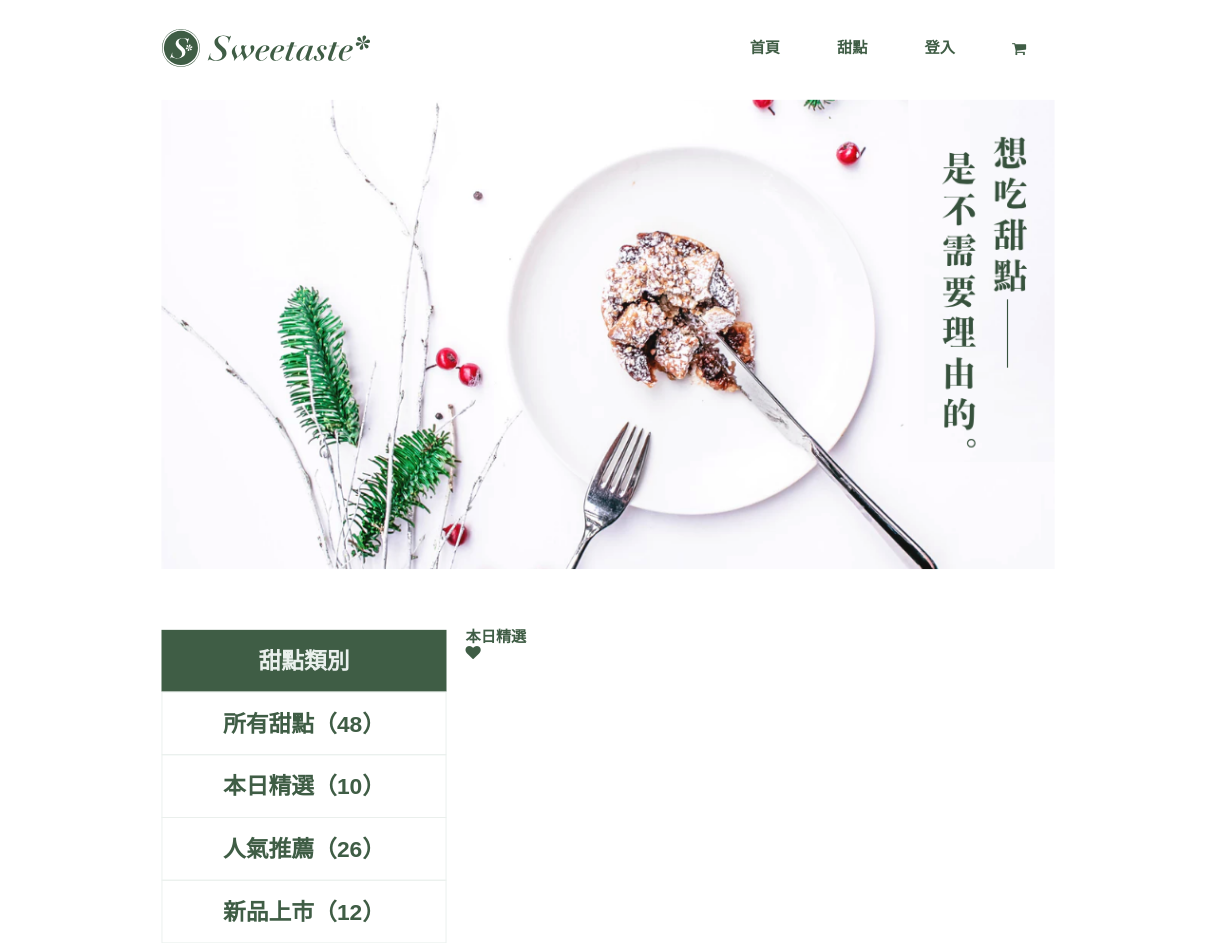
Repository: michelle61219/Sweets
Page: index.html
An editor plug-in stored every save of this project. The page is shown before and after the next save, followed by the edit.
The browser window is 1280 px wide. The pictures show the whole page, at 95% of full size.

Above is the page before, as saved 2021-06-13 00:39:36.

### index.html
<!DOCTYPE html>
<html lang="en">
	<head>
		<meta charset="UTF-8" />
		<meta http-equiv="X-UA-Compatible" content="IE=edge" />
		<meta name="viewport" content="width=device-width, initial-scale=1.0" />
		<link rel="stylesheet" href="style.css" />
		<link
			rel="stylesheet"
			href="https://cdnjs.cloudflare.com/ajax/libs/font-awesome/4.7.0/css/font-awesome.min.css"
		/>
		<title>甜點電商</title>
	</head>
	<body>
		<header></header>
		<div class="header container">
			<h1>
				<a href="#">
					<img
						width="220"
						height="40"
						src="images/logo-all-dark.svg"
						alt="logo"
					/>
				</a>
			</h1>
			<nav>
				<ul class="menu">
					<li><a href="#">首頁</a></li>
					<li><a href="#">甜點</a></li>
					<li><a href="#">登入</a></li>
					<li>
						<a href="#">
							<i class="fa fa-shopping-cart"></i>
						</a>
					</li>
				</ul>
			</nav>
		</div>
		<div class="banner container">
			<img src="images/banner.png" alt="banner" />
		</div>
		<div class="main container">
			<div class="aside">
				<h2>甜點類別</h2>
				<ul>
					<li><a href="#">所有甜點（48）</a></li>
					<li><a href="#">本日精選（10）</a></li>
					<li><a href="#">人氣推薦（26）</a></li>
					<li><a href="#">新品上市（12）</a></li>
				</ul>
			</div>
			<div class="productList">
				<ul class="productList-card">
					<li>
						<div class="tag">本日精選</div>
						<div class="fa fa-heart heart"></div>
					</li>
				</ul>
			</div>
		</div>
	</body>
</html>

### style.css
/* http://meyerweb.com/eric/tools/css/reset/
   v2.0 | 20110126
   License: none (public domain)
*/

html,
body,
div,
span,
applet,
object,
iframe,
h1,
h2,
h3,
h4,
h5,
h6,
p,
blockquote,
pre,
a,
abbr,
acronym,
address,
big,
cite,
code,
del,
dfn,
em,
img,
ins,
kbd,
q,
s,
samp,
small,
strike,
strong,
sub,
sup,
tt,
var,
b,
u,
i,
center,
dl,
dt,
dd,
ol,
ul,
li,
fieldset,
form,
label,
legend,
table,
caption,
tbody,
tfoot,
thead,
tr,
th,
td,
article,
aside,
canvas,
details,
embed,
figure,
figcaption,
footer,
header,
hgroup,
menu,
nav,
output,
ruby,
section,
summary,
time,
mark,
audio,
video {
	margin: 0;
	padding: 0;
	border: 0;
	font-size: 100%;
	font: inherit;
	vertical-align: baseline;
}
/* HTML5 display-role reset for older browsers */
article,
aside,
details,
figcaption,
figure,
footer,
header,
hgroup,
menu,
nav,
section {
	display: block;
}
body {
	line-height: 1;
}
ol,
ul {
	list-style: none;
}
blockquote,
q {
	quotes: none;
}
blockquote:before,
blockquote:after,
q:before,
q:after {
	content: '';
	content: none;
}
table {
	border-collapse: collapse;
	border-spacing: 0;
}
img {
	max-width: 100%;
	height: auto;
}

/* ---CSS Starts from Here--- */

body {
	color: #3f5d45;
	font-family: Arial, Helvetica, sans-serif;
	font-weight: bold;
}

a {
	color: #3f5d45;
	text-decoration: none;
}

.container {
	width: 940px; /* based on main image */
	margin: 0 auto;
}

.header {
	display: flex;
	justify-content: space-between;
	align-items: center;
	padding-top: 30px;
	padding-bottom: 30px;
}

.menu {
	display: flex;
}

.menu a {
	padding: 10px 30px 8px 30px;
}

.menu a:hover {
	background: #3f5d45;
	color: white;
}

.banner {
	margin-bottom: 60px;
}

.main {
	display: flex;
	justify-content: space-between;
}
.aside {
	width: 300px;
}
.productList {
	width: 620px;
}

.aside h2 {
	background: #3f5d45;
	color: #eaf0ed;
	text-align: center;
	font-size: 24px;
	line-height: 65px;
}

.aside li {
	/* Avoid overlaying border lines between each list */
	margin-bottom: -1px;
}

.aside a {
	font-size: 24px;
	text-align: center;
	display: block;
	line-height: 65px;
	border: 1px solid #eaf0ed;
}

.aside a:hover {
	background: #eaf0ed;
}

After the next save:
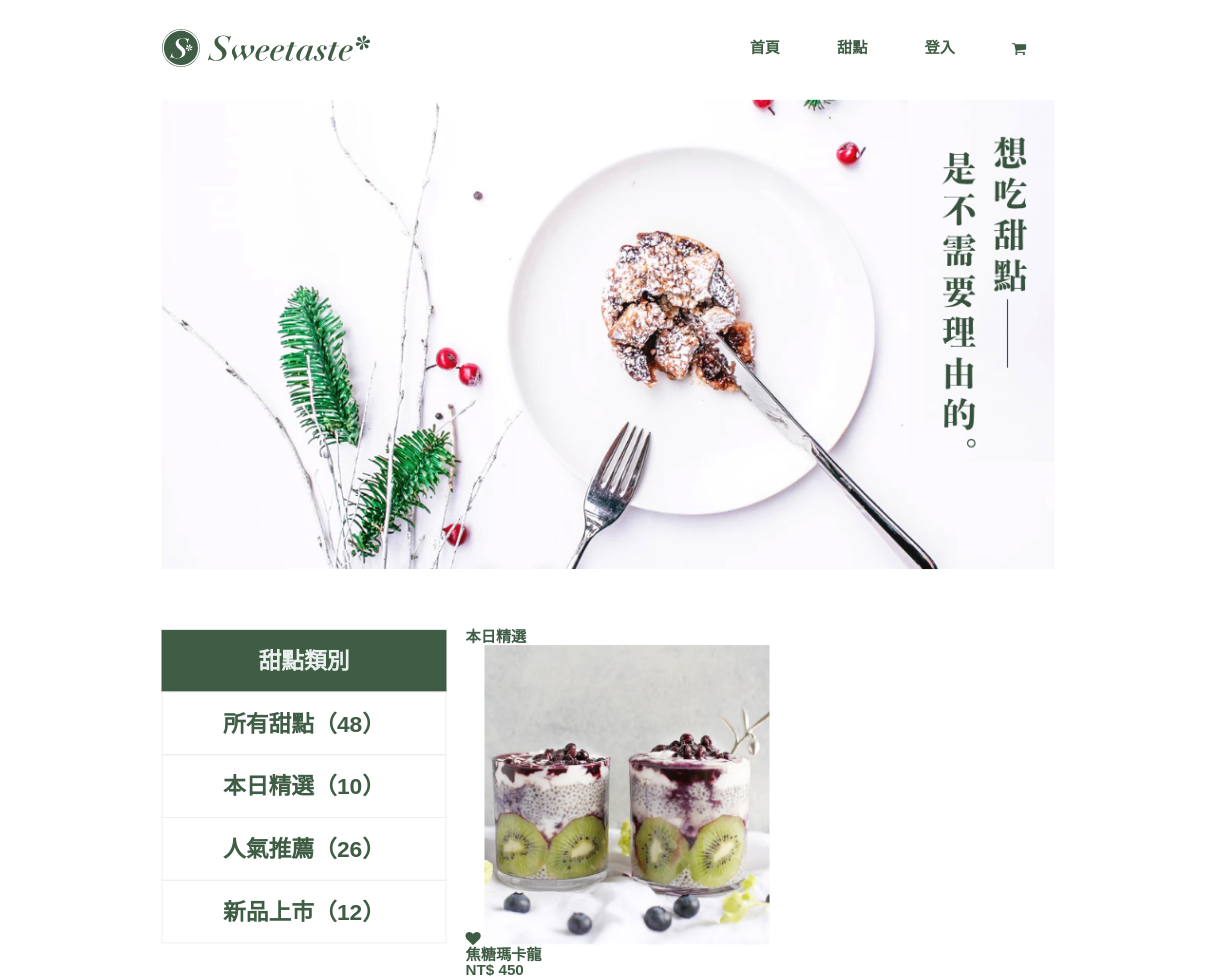
Saved 3 min 57 s later.
--- a/index.html
+++ b/index.html
@@ -54,7 +54,12 @@
 				<ul class="productList-card">
 					<li>
 						<div class="tag">本日精選</div>
-						<div class="fa fa-heart heart"></div>
+						<i class="fa fa-heart heart"></i>
+						<img src="images/p-1.png" alt="p1" />
+						<div class="productList-card-body">
+							<h2>焦糖瑪卡龍</h2>
+							<span>NT$ 450</span>
+						</div>
 					</li>
 				</ul>
 			</div>
